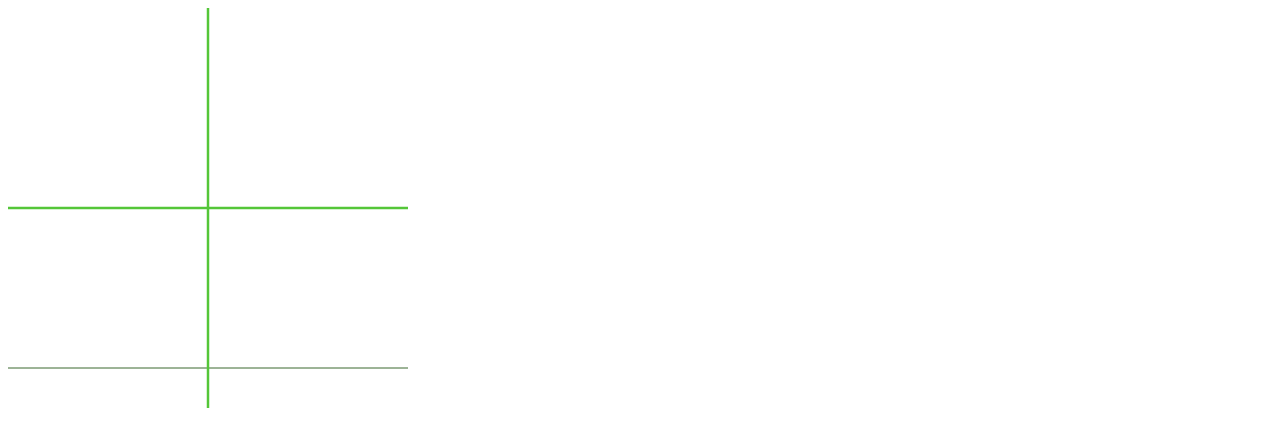
Repository: pedro-mancano/ProjetoCDM204
Page: scripts/radar.html
The author's editor kept a copy of each file at every save. The page is drawn from the files as they stood at one save, then again after the next save.
The browser window is 1280 px wide. The pictures show the whole page.

Above is the page before, as saved 2024-11-27 08:27:04.

### scripts/radar.html
<html>

<head>
  <title>Radars</title>
  <link rel="stylesheet" type="text/css" href="./radar.css">
</head>

<body>
  <div class="radar">
    <canvas id="radarCanvas" width="400" height="400"></canvas>
  </div>
  <script src="./radar.js"></script>

</html>

### scripts/radar.js
const canvas = document.getElementById('radarCanvas');
const ctx = canvas.getContext('2d');
let lastDraw = performance.now();

function draw(elapsed) {
  ctx.clearRect(0, 0, canvas.width, canvas.height);

  const height = canvas.height;
  const width = canvas.width;


  // Draw the radar circle
  ctx.fillStyle = '#294c22';
  ctx.beginPath();
  ctx.arc(canvas.width / 2, canvas.height / 2, 200, 0, 2 * Math.PI);
  ctx.fill();

  //
  ctx.globalCompositeOperation = 'copy';
  ctx.strokeStyle = '#3a682e';
  ctx.lineWidth = 1;
  for (let i = 0; i < width; i += width / 10) {
    for (let j = 0; j < height; j += height / 10) {
      ctx.beginPath();
      ctx.moveTo(i, 0);
      ctx.lineTo(i, height);
      ctx.stroke();
      ctx.beginPath();
      ctx.moveTo(0, j);
      ctx.lineTo(width, j);
      ctx.stroke();
    }
  }
  ctx.globalCompositeOperation = 'source-over';

  // Draw grid lines (4 lines, 90 degrees apart)
  ctx.strokeStyle = '#54c638';
  ctx.lineWidth = 2.5;
  for (let i = 0; i < 360; i += 90) {
    ctx.beginPath();
    ctx.moveTo(canvas.width / 2, canvas.height / 2);
    ctx.lineTo(canvas.width / 2 + 200 * Math.cos(i * Math.PI / 180), canvas.height / 2 + 200 * Math.sin(i * Math.PI / 180));
    ctx.stroke();
  }
}

function drawLoop() {
  draw(performance.now() - lastDraw);
  lastDraw = performance.now();
  requestAnimationFrame(drawLoop);
}

requestAnimationFrame(drawLoop);

Loaded but not shown: scripts/radar.css (no stored copy; drawn as an empty file)

After the next save:
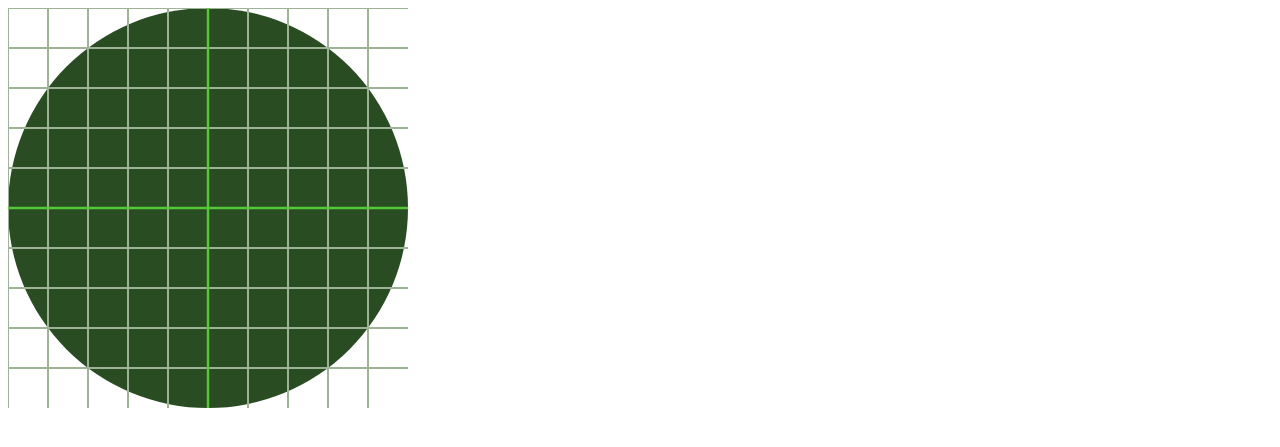
Saved 14 s later.
--- a/scripts/radar.js
+++ b/scripts/radar.js
@@ -16,7 +16,7 @@ function draw(elapsed) {
   ctx.fill();
 
   //
-  ctx.globalCompositeOperation = 'copy';
+  ctx.globalCompositeOperation = 'xor';
   ctx.strokeStyle = '#3a682e';
   ctx.lineWidth = 1;
   for (let i = 0; i < width; i += width / 10) {
